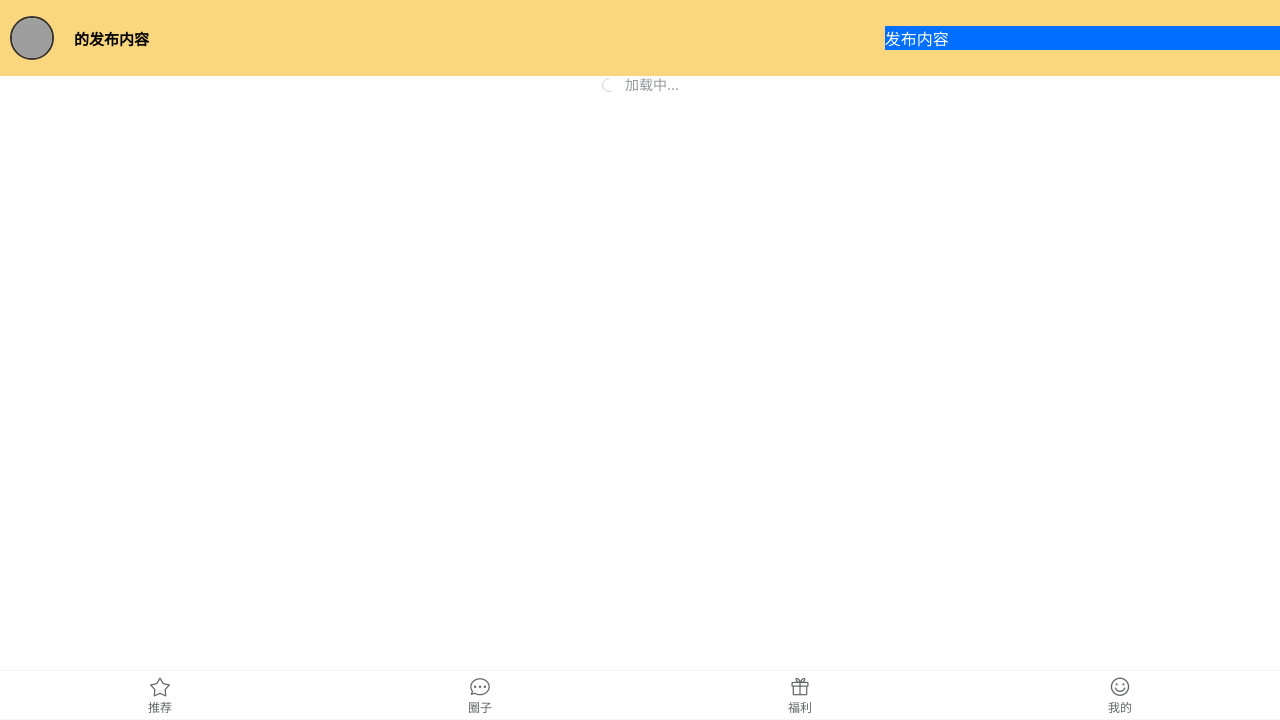
Repository: pbw-langwang/dm
Page: /#/fabu (app in dm_vue/)
These files come from the project's save history. The page is drawn as it stood at one moment and after a run of saves; the edit follows.
The browser window is 1280 px wide. The pictures show the whole page.
The page's requests for data from a server got no answer. The project was rebuilt for these pictures with package versions that can differ from the ones it lists, and the page was loaded fresh each time. No one was signed in, and anything a server would have sent is missing. Also part of the build but not shown: dm_vue/src/components/HelloWorld.vue, dm_vue/src/components/video.vue, dm_vue/src/components/setting.vue, dm_vue/src/components/gift.vue, dm_vue/src/components/Regist.vue, dm_vue/src/components/history.vue, dm_vue/src/components/Search.vue, dm_vue/src/components/SearchList.vue and 2 more.

Above is the page before, as saved 2021-06-22 16:04:02.

### dm_vue/index.html
<!DOCTYPE html>
<html>
  <head>
    <meta charset="utf-8">
    <meta name="viewport" content="width=device-width,initial-scale=1.0">
    <title>toutiao</title>
  </head>
  <body>
    <div id="app"></div>
    <!-- built files will be auto injected -->
  </body>
</html>

### dm_vue/src/main.js
// The Vue build version to load with the `import` command
// (runtime-only or standalone) has been set in webpack.base.conf with an alias.
import Vue from 'vue'
import App from './App'
import router from './router'
import Vant from 'vant'
import 'vant/lib/index.css'
import axios from 'axios'
import VueAxios from 'vue-axios'

Vue.use(VueAxios, axios)
Vue.use(Vant);

axios.defaults.baseURL = 'http://localhost:8080/dm/';
axios.defaults.withCredentials = true;

Vue.config.productionTip = false

Vue.filter("dateFormat", function (dateStr, pattern = "") {
    var dt = new Date(dateStr);
    var y = dt.getFullYear();
    var m = dt.getMonth() + 1;
    var d = dt.getDate();
    if (pattern.toLowerCase() == "yyyy-mm-dd") {
        return `${y}年${m}月${d}日`
    } else {
        var hh = dt.getHours();
        var mm = dt.getMinutes();
        var ss = dt.getSeconds();
        return `${y}年${m}月${d}日 ${hh}:${mm}:${ss}`
    }
})

/* eslint-disable no-new */
new Vue({
    el: '#app',
    router,
    components: { App },
    template: '<App/>'
})

### dm_vue/src/App.vue
<template>
  <div id="app">
    <router-view />

    <van-tabbar v-model="active" route>
      <van-tabbar-item name="home" to="/" icon="star-o">推荐</van-tabbar-item>
      <van-tabbar-item name="search" to="/video" icon="chat-o"
        >圈子</van-tabbar-item
      >
      <van-tabbar-item name="search" to="/gift" icon="point-gift-o"
        >福利</van-tabbar-item
      >
      <van-tabbar-item name="setting" to="/setting" icon="smile-o"
        >我的</van-tabbar-item
      >
    </van-tabbar>
  </div>
</template>

<script>
export default {
  name: "App",
  data() {
    return {
      active: "home",
    };
  },
};
</script>

### dm_vue/src/router/index.js
import Vue from 'vue'
import Router from 'vue-router'
import HelloWorld from '@/components/HelloWorld'
import video from '@/components/video'
import setting from '@/components/setting'
import Gift from '@/components/gift'
import Regist from '@/components/Regist'
import History from "@/components/History"
import Search from "@/components/Search"
import SearchList from "@/components/SearchList"
import Postdetail from "@/components/Postdetail"
import Authord from "@/components/Authord"
import fabu from "@/components/fabu"

Vue.use(Router)

export default new Router({
    routes: [{
            path: '/',
            name: 'HelloWorld',
            component: HelloWorld
        },
        {
            path: '/video',
            name: 'Video',
            component: video
        },
        {
            path: '/setting',
            name: 'setting',
            component: setting
        },
        {
            path: "/gift",
            name: "gift",
            component: Gift
        },
        {
            path: "/Regist",
            name: "Regist",
            component: Regist
        }, {
            path: "/History",
            name: "History",
            component: History
        }, {
            path: "/Search",
            name: "Search",
            component: Search
        }, {
            path: "/SearchList/:value",
            name: "SearchList",
            component: SearchList
        }, {
            path: "/Postdetail/:value",
            name: "Postdetail",
            component: Postdetail
        },
        {
            path: "/Authord/:value",
            name: "Authord",
            component: Authord
        },
        {
            path: "/fabu",
            name: "fabu",
            component: fabu
        }
    ]
})

### dm_vue/src/components/fabu.vue
<template>
  <div>
    <div class="top">
      <img :src="picIp+userimg" />
      <p class="name">{{username}} 的发布内容</p>
      <p>发布内容</p>
    </div>

    <van-pull-refresh v-model="refreshing" @refreshing="onRefresh">
      <van-list
        v-model="loading"
        :finished="finished"
        finished-text="没有更多"
        @load="onLoad"
      >
        <van-cell v-for="item in list" :key="item.postid">
          <div class="contentList" @click="gotopostdetail(item.postid)">
            <p style="margin: 5px 0">{{item.postcontent}}</p>
            <img style="width: 80%" :src="picIp+item.postimg"/>
          </div>
        </van-cell>
      </van-list>
    </van-pull-refresh>
  </div>
</template>

<script>
export default {
    name:"fabu",
    data(){
        return {
            picIp:"http://localhost:8080/pic/",
            pageIndex:1,
            list:[],
            userimg:localStorage.getItem("userImg"),
            username:localStorage.getItem("username"),
            loading:false,
            finished:false,
            refreshing:false,
        }
    },
    mounted(){

    },
    methods:{
        gotopostdetail(postId){
          this.$router.push("Postdetail/"+postId);
        },

        onLoad(){
          if(this.refreshing){
            this.list=[];
            this.refreshing=false;
          }
          this.axios.get("userpost/getByid?current="+this.pageIndex+"&size=3&username="+localStorage.getItem("username")).then((response)=>{
            this.list=this.list.concat(response.data.records);
            this.loading=false;
            if(this.pageIndex>=response.data.pages){
                this.finished=true;
            }
            this.pageIndex++;
          })
        },
        onRefresh(){
            this.finished=false;
            this.pageIndex=1;
            this.loading=true;
            this.onLoad();
        },
    }
}
</script>

<style scoped>
.top{
  width: 100%;
  display: flex;
  align-items: center;
  padding: 10px;
  position: fixed;
  top: 0;
  background-color: rgb(250,214,126);
}
.top img{
  width: 40px;
  height: 40px;
  border-radius: 50%;
  border: #333 solid 2px;
}
.top .name{
  flex: 2;
  padding-left: 20px;
  font-size: 15px;
  font-weight: 700;
}
.top p:nth-child(3){
  flex: 1;
  display: inline-block;
  background-color: rgb(0, 110, 255);
  color: white;
}


.van-pull-refresh{
  margin-top: 60px;
}

.contentList{
  margin-bottom: 30px;
  border-bottom: #999 solid 5px;
}
</style>

After the next 2 saves:
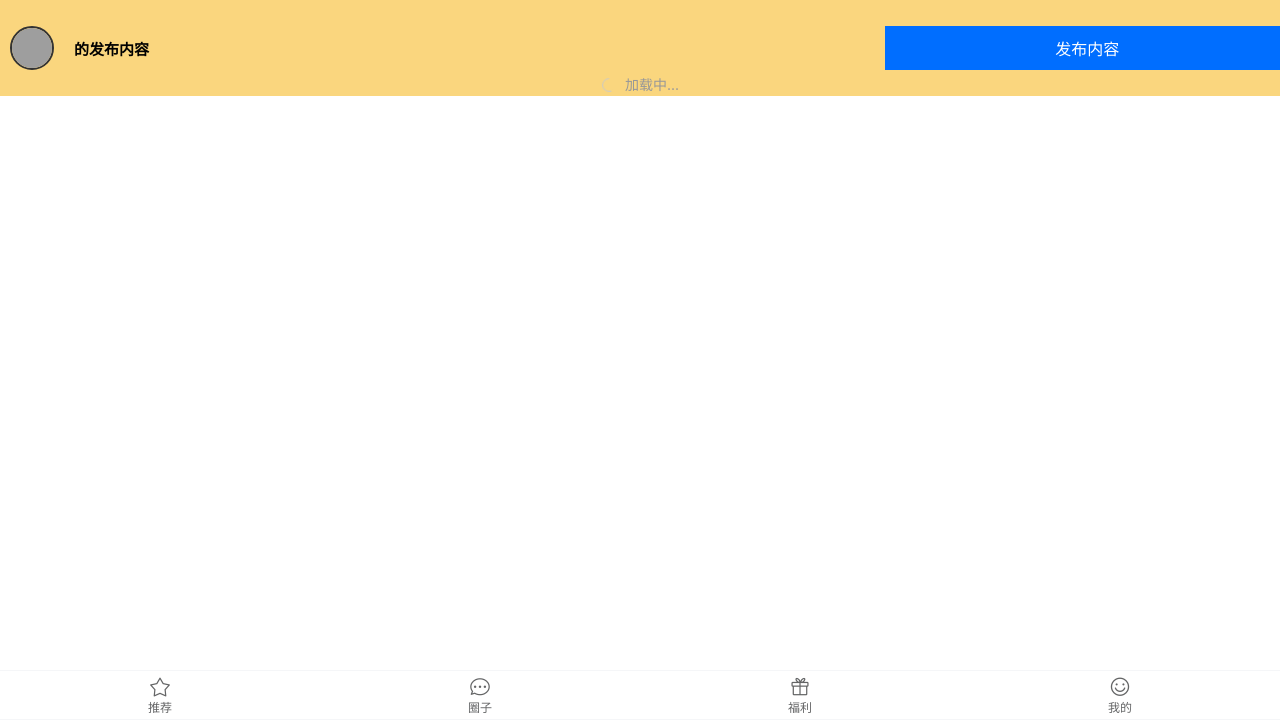
The 2 saves are shown as one change because they came seconds apart.
The last was saved 32 s later.
--- a/dm_vue/src/components/fabu.vue
+++ b/dm_vue/src/components/fabu.vue
@@ -98,6 +98,8 @@ export default {
   display: inline-block;
   background-color: rgb(0, 110, 255);
   color: white;
+  text-align: center;
+  padding: 10px 0;
 }
 
 
